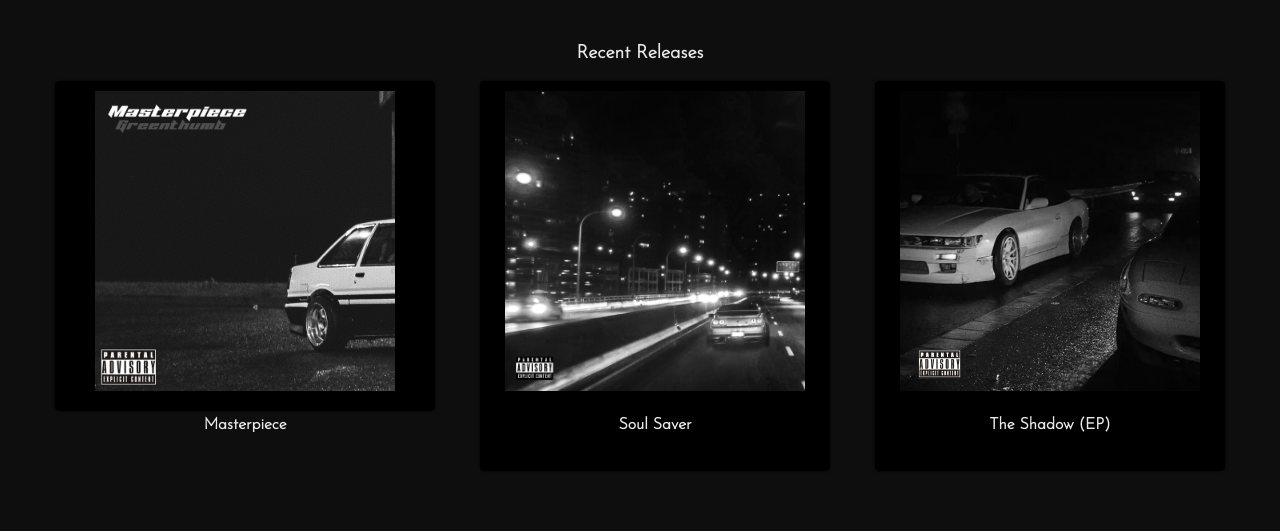
Repository: shayanabedi98/Greenthumb
Page: index.html
The author's editor kept a copy of each file at every save. The page is drawn from the files as they stood at one save, then again after the next save.
The browser window is 1280 px wide. The pictures show the part of the page from y = 734 to 1265 px (the page is 1265 px tall).
The pointer rests on the first visible `.card`.

Above is the page before, as saved 2023-08-15 13:58:12.

After the next save:
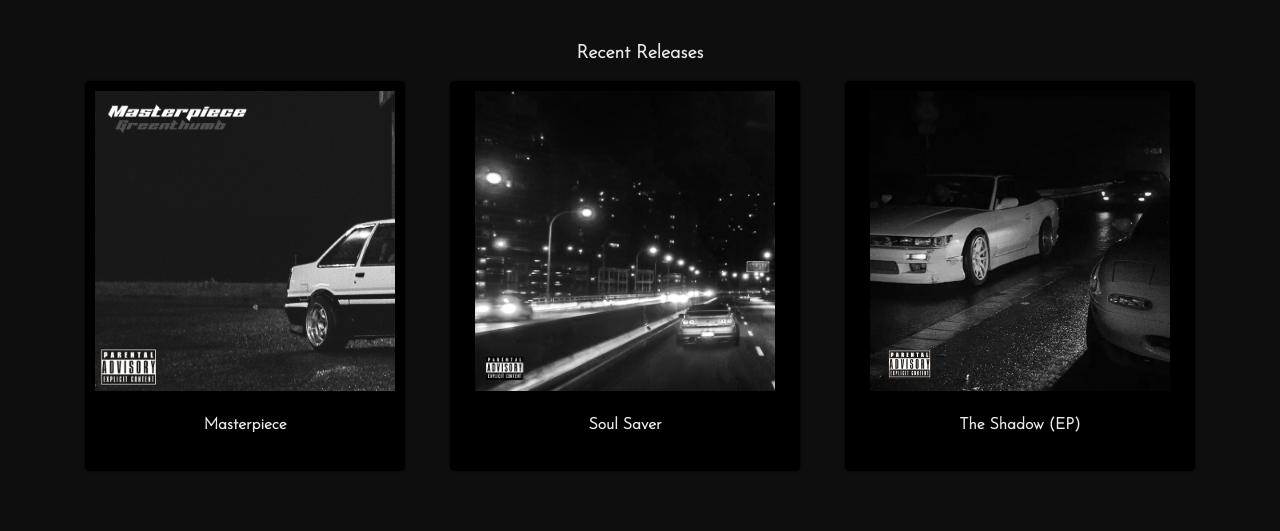
Saved 8 s later.
--- a/styles.css
+++ b/styles.css
@@ -69,8 +69,8 @@
 }
 
 .card:hover {
-    height: 320px;
-    width: 380px;
+    height: 380px;
+    width: 320px;
     transition: ease-in-out 0.3s;
 }
 
